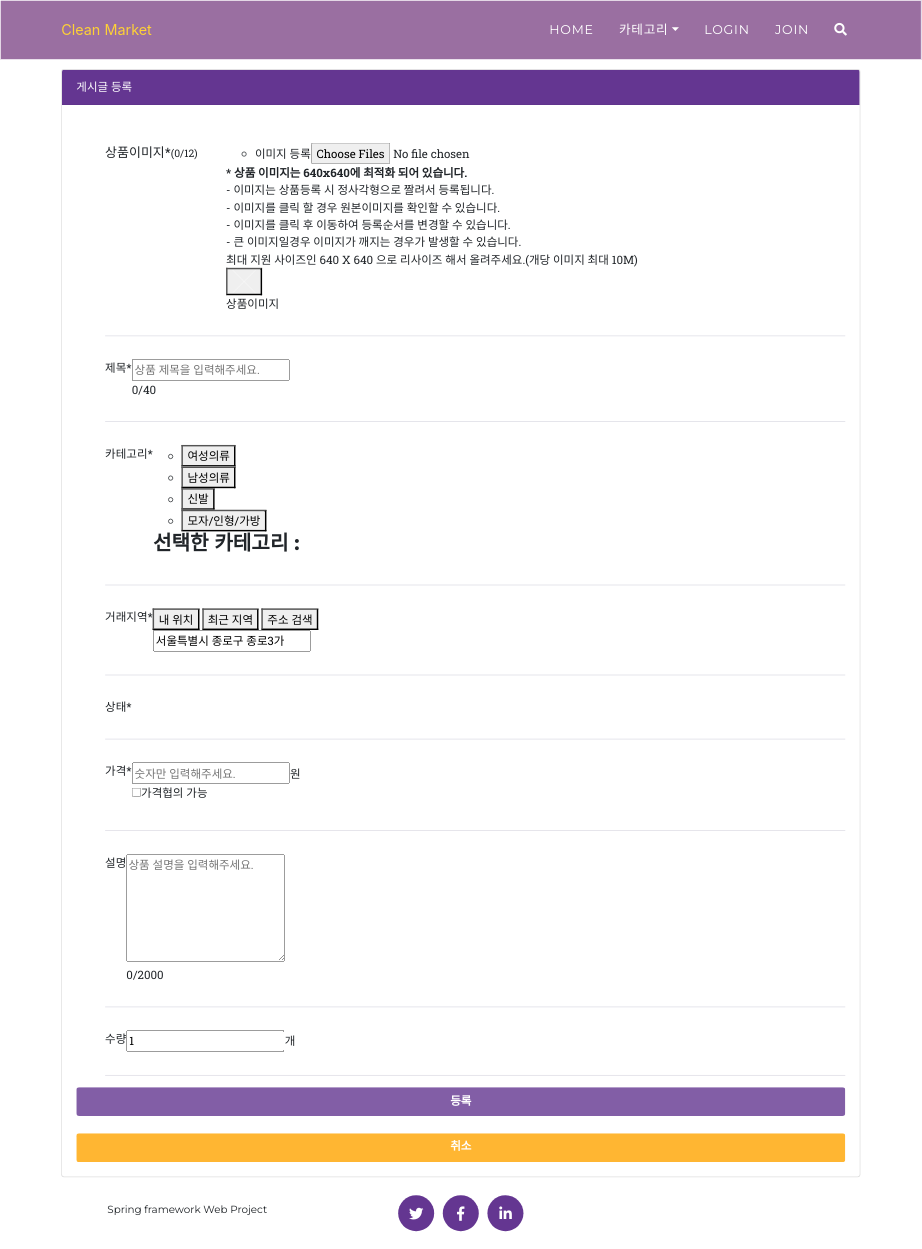
Repository: mim-mim-ji/Cleanmarket_web
Page: http://localhost/CleanMarket/WEB-INF/views/item/write.jsp
An editor plug-in stored every save of this project. The page is shown before and after the next save, followed by the edit.
The browser window is 1280 px wide. The pictures show the whole page, at 72% of full size.
Some web fonts or font styles are not loaded; a fallback is used. The page is served by Tomcat 9. Nobody is signed in. Other server files are loaded and not shown. The template is opened directly, without the code that normally fills it, so the values that code supplies are empty.

Above is the page before, as saved 2021-03-21 01:57:04.

### CleanMarket/src/main/webapp/WEB-INF/views/item/write.jsp
<%@ page language="java" contentType="text/html; charset=UTF-8"
	pageEncoding="UTF-8"%>
<%@ taglib prefix="c" uri="http://java.sun.com/jsp/jstl/core"%>
<%@ taglib prefix="fmt" uri="http://java.sun.com/jsp/jstl/fmt"%>
<jsp:include page="../include/header.jsp" />

<style>
header.masthead {
	display: none;
}

.bphXry {
	width: 100%;
	display: flex;
	padding: 2rem 0px;
	border-bottom: 1px solid rgb(220, 219, 228);
}

.bBKMEo {
    width: 10.5rem;
    font-size: 18px;
}
</style>
<br>
<br>

<div class="container">
	<div class="row">
		<div class="col-lg-12">
			<div class="card">
				<div class="card-header text-white"
					style="background-color: #643691;">게시글 등록</div>
				<div class="card-body">

					<form role="form" method="post">
						<ul class="form-group">
							<li class="sc-gxbSSY bphXry">
								<div class="sc-bXopBW bBKMEo">
									상품이미지<span>*</span><small>(0/12)</small>
								</div>
								<div class="sc-hhaNoI buTCOV">
									<ul class="sc-gKLXLV KuQhq">
										<li class="sc-bvCTgw erFeQZ">이미지 등록<input type="file"
											accept="image/jpg, image/jpeg, image/png" multiple=""></li>

									</ul>
									<div class="sc-fjdPjP iozzGC">
										<b>* 상품 이미지는 640x640에 최적화 되어 있습니다.</b><br>- 이미지는 상품등록 시
										정사각형으로 짤려서 등록됩니다.<br>- 이미지를 클릭 할 경우 원본이미지를 확인할 수 있습니다.<br>-
										이미지를 클릭 후 이동하여 등록순서를 변경할 수 있습니다.<br>- 큰 이미지일경우 이미지가 깨지는
										경우가 발생할 수 있습니다.<br>최대 지원 사이즈인 640 X 640 으로 리사이즈 해서
										올려주세요.(개당 이미지 최대 10M)
									</div>
									<div class="sc-cIShpX RfNBn">
										<div class="sc-kAKrxA YsblG">
											<button type="button" class="sc-lhLRcH fHQqnG">
												<img
													src="data:[embedded picture, 982 characters]"
													width="34" height="32" alt="닫기 버튼 아이콘">
											</button>
											<div class="sc-jMtzgO hudRNW">
												<div class="sc-ccvjgv bGmXLy">상품이미지</div>
												<div class="sc-ccbnFN fgfXKY"></div>
												<div class="sc-hSmEHG iwDjAi"></div>
											</div>
										</div>
									</div>
								</div>
							</li>
							<li class="sc-gxbSSY bphXry"><div class="sc-bXopBW gxnpCB">
									제목<span>*</span>
								</div>
								<div class="sc-hhaNoI buTCOV">
									<div class="sc-hokXgN hcrSpf">
										<div class="sc-gneEKw dBgbVT">
											<input type="text" placeholder="상품 제목을 입력해주세요."
												class="sc-fxmata iPXQwc" value="">
										</div>
										<div class="sc-boCWhm hBajsm">0/40</div>
									</div>
								</div></li>
							<li class="sc-gxbSSY bphXry"><div class="sc-bXopBW DTAYM">
									카테고리<span>*</span>
								</div>
								<div class="sc-hhaNoI buTCOV">
									<div class="sc-hXhGGG XXBMH">
										<div class="sc-hTQSVH fXYJYf">
											<ul class="sc-dWcDbm hRPYLZ">
												<li class="sc-esExBO bmEHfy"><button type="button"
														class="sc-ctwKVn dPmldx">여성의류</button></li>
												<li class="sc-esExBO bmEHfy"><button type="button"
														class="sc-ctwKVn dPmldx">남성의류</button></li>
												<li class="sc-esExBO bmEHfy"><button type="button"
														class="sc-ctwKVn dPmldx">신발</button></li>
												<li class="sc-esExBO bmEHfy"><button type="button"
														class="sc-ctwKVn dPmldx">모자/인형/가방</button></li>
											</ul>
										</div>
									</div>
									<h3 class="sc-csZoYU ljyWET">
										선택한 카테고리 : <b></b>
									</h3>
								</div></li>
							<li class="sc-gxbSSY bphXry"><div class="sc-bXopBW gxnpCB">
									거래지역<span>*</span>
								</div>
								<div class="sc-hhaNoI buTCOV">
									<div class="sc-cIsjWt etcNyM">
										<button type="button" class="sc-hQfrgq hHQBYf">내 위치</button>
										<button type="button" class="sc-hQfrgq hHQBYf">최근 지역</button>
										<button type="button" class="sc-hQfrgq hHQBYf">주소 검색</button>
									</div>
									<input readonly="" placeholder="선호 거래 지역을 검색해주세요."
										class="sc-OnmeF jNsyep" value="서울특별시 종로구 종로3가">
								</div></li>
							<li class="sc-gxbSSY bphXry"><div class="sc-bXopBW drMtcr">
									상태<span>*</span>
								</div>
							<li class="sc-gxbSSY bphXry"><div class="sc-bXopBW gxnpCB">
									가격<span>*</span>
								</div>
								<div class="sc-hhaNoI buTCOV">
									<div class="sc-fxMfqs hGKuJO">
										<input type="text" placeholder="숫자만 입력해주세요."
											class="sc-rzOft lfkNaQ" value="">원
									</div>
									<div class="sc-eIvgmF fxEngV">
										<div class="sc-jklikK htQzEY">
											<label for="contactHope" class="sc-bkypNX gHNpNK"><input
												id="contactHope" type="checkbox">가격협의 가능</label>
										</div>
									</div>
								</div></li>
							<li class="sc-gxbSSY bphXry"><div class="sc-bXopBW edUXQu">설명</div>
								<div class="sc-hhaNoI buTCOV">
									<textarea placeholder="상품 설명을 입력해주세요." rows="6"
										class="sc-izfUZz eEjZnV"></textarea>
									<div class="sc-eqGige gTqRab">
										<div class="sc-kUQWMX giYAKW">0/2000</div>
									</div>
								</div></li>

							<li class="sc-gxbSSY bphXry"><div class="sc-bXopBW drMtcr">수량</div>
								<div class="sc-hhaNoI buTCOV">
									<div class="sc-bCQtTp iMJgK">
										<input type="text" class="sc-dcmekm efHtaL" value="1">개
									</div>
								</div></li>
						</ul>
						<input type="submit" value="등록" class="btn form-control"
							style="background-color: #643691; margin-top: 0; height: 40px; color: white; border: 0px solid #f78f24; opacity: 0.8">
						&nbsp;&nbsp; <a class="btn form-control"
							href="<c:url value='/board/list'/>"
							style="cursor: pointer; margin-top: 0; height: 40px; color: white; background-color: orange; border: 0px solid #388E3C; opacity: 0.8">취소</a>
					</form>
				</div>
			</div>
		</div>
	</div>
</div>
<jsp:include page="../include/footer.jsp" />

### CleanMarket/src/main/webapp/WEB-INF/views/include/header.jsp
<%@ page language="java" contentType="text/html; charset=UTF-8"
	pageEncoding="UTF-8"%>
<%@ taglib prefix="c" uri="http://java.sun.com/jsp/jstl/core"%>
<!DOCTYPE html>
<html lang="ko">
<head>

<meta charset="UTF-8">
<meta content="width=device-width, initial-scale=1.0" name="viewport">
<meta content="" name="description">
<meta content="" name="keywords">

<title>CleanMarket</title>


<!-- Bootstrap core CSS -->
  <link rel="stylesheet" href="<c:url value='/vendor/bootstrap/css/bootstrap.min.css'/>">

  <!-- Custom fonts for this template -->
  <link rel="stylesheet" type="text/css" href="<c:url value='/vendor/fontawesome-free/css/all.min.css'/>" >
  <link href="https://fonts.googleapis.com/css?family=Montserrat:400,700" rel="stylesheet" type="text/css">
  <link href='https://fonts.googleapis.com/css?family=Kaushan+Script' rel='stylesheet' type='text/css'>
  <link href='https://fonts.googleapis.com/css?family=Droid+Serif:400,700,400italic,700italic' rel='stylesheet' type='text/css'>
  <link href='https://fonts.googleapis.com/css?family=Roboto+Slab:400,100,300,700' rel='stylesheet' type='text/css'>

  <!-- Custom styles for this template -->
  <link rel="stylesheet" href="<c:url value='/css/agency.min.css'/>" >

  <!-- Bootstrap core JavaScript -->
  <script src="<c:url value='/vendor/jquery/jquery.min.js'/>"></script>
  <script src="<c:url value='/vendor/bootstrap/js/bootstrap.bundle.min.js'/>"></script>


  <!-- Plugin JavaScript -->
  <script src="<c:url value='/vendor/jquery-easing/jquery.easing.min.js'/>"></script>
  <script type="text/javascript" src="https://cdn.jsdelivr.net/jquery.validation/1.16.0/jquery.validate.min.js"></script>

  <!-- Contact form JavaScript -->
  <script src="<c:url value='/js/jqBootstrapValidation.js'/>"></script>

</head>

<body id="page-top">


	<!-- Navigation -->
  <nav class="navbar navbar-expand-lg navbar-light fixed-top" id="mainNav">
    <div class="container">
      <a class="navbar-brand" href="/cleanmarket">
      	Clean Market
      </a>
      <button class="navbar-toggler navbar-toggler-right" type="button" data-toggle="collapse" data-target="#navbarResponsive">
        메뉴
        <i class="fas fa-bars"></i>
      </button>

      <div class="collapse navbar-collapse" id="navbarResponsive">
        <ul class="navbar-nav text-uppercase ml-auto">
          <li class="nav-item">
            <a class="nav-link js-scroll-trigger" href="/cleanmarket">HOME</a>
          </li>

          <li class="nav-item dropdown">
            <a class="nav-link js-scroll-trigger dropdown-toggle"  data-toggle="dropdown">카테고리</a>
            <div class="dropdown-menu" id="category-select">
		        <input type="button"  name="category" value="여성의류" class="dropdown-item dropdown-toggle" data-toggle="dropdown">

		        <input type="button"  name="category" value="남성의류" class="dropdown-item dropdown-toggle" data-toggle="dropdown">

		        <input type="button"  name="category" value="신발" class="dropdown-item dropdown-toggle" data-toggle="dropdown">

		        <input type="button"  name="category" value="모자/인형/가방" class="dropdown-item dropdown-toggle" data-toggle="dropdown">

		    </div>
          </li>
          <c:if test="${login == null}" >
          	<li class="nav-item">
            	<a class="nav-link js-scroll-trigger" href="<c:url value='/login' />">LOGIN</a>
         	</li>
          </c:if>
          <c:if test="${login == null}" >
          	<li class="nav-item">
            	<a class="nav-link js-scroll-trigger" href="<c:url value='/join_type_select' />">JOIN</a>
          	</li>
          </c:if>
          <c:if test="${login != null}" >
	          <li class="nav-item">
	            <a class="nav-link js-scroll-trigger" href="<c:url value='/mypage'/>">MYPAGE</a>
	          </li>
	          <li class="nav-item">
	            <a class="nav-link js-scroll-trigger" href="/cleanmarket/logout" onclick="return confirm('로그아웃 하시겠습니까?')">LOGOUT</a>
	          </li>
	          <li class="nav-item">
	            <a class="nav-link js-scroll-trigger" href="#">NOTICE</a>
	          </li>
	          <li class="nav-item">
          </c:if>
          <li class="nav-item">
            <a class="nav-link js-scroll-trigger" data-toggle="modal" data-target="#search"><i class="fas fa-search"></i></a>
          </li>

        </ul>
      </div>
    </div>
  </nav><br><br>

  <script>
  		$(function() {

  			//카테고리 버튼 눌렀을 때 처리
  			$("#category-select .dropdown-toggle").click(function() {
  				let category = $(this).val();
  				location.href="/cleanmarket/item/category?category=" + category;
  			});
		})

  </script>

  <%@ include file="../include/search_modal.jsp" %>

### CleanMarket/src/main/webapp/WEB-INF/views/include/search_modal.jsp
<%@ page language="java" contentType="text/html; charset=UTF-8"
	pageEncoding="UTF-8"%>
<%@ taglib prefix="c" uri="http://java.sun.com/jsp/jstl/core"%>
<%@ taglib prefix="fmt" uri="http://java.sun.com/jsp/jstl/fmt"%>

<!-- 검색 Modal-->
<div class="modal fade" id="search">
	<div class="modal-dialog">
		<div class="modal-content" >
			<form action="<c:url value='/search' />">
				<input type="text" name="keyword" placeholder="검색어를 입력하세요"
				style="width: 90%; padding-left: 10px; height: 50px"> &nbsp;
				<button type="submit" style="background: transparent; border: none">
					<i class="fas fa-search" id="search-btn" style="height: 30px; color: green; "></i>
				</button>
			</form>
		</div>
	</div>
</div>

### CleanMarket/src/main/webapp/WEB-INF/views/include/footer.jsp
<%@ page language="java" contentType="text/html; charset=UTF-8"
	pageEncoding="UTF-8"%>
<!-- Footer -->
  <footer>
    <div class="container">
      <div class="row">
        <div class="col-md-4">
          <span class="copyright">Spring framework Web Project</span>
        </div>
        <div class="col-md-4">
          <ul class="list-inline social-buttons">
            <li class="list-inline-item">
              <a href="#" style="background-color: #643691;">
                <i class="fab fa-twitter"></i>
              </a>
            </li>
            <li class="list-inline-item">
              <a href="#" style="background-color: #643691;">
                <i class="fab fa-facebook-f"></i>
              </a>
            </li>
            <li class="list-inline-item">
              <a href="#" style="background-color: #643691;">
                <i class="fab fa-linkedin-in"></i>
              </a>
            </li>
          </ul>
        </div>
      </div>
    </div>
  </footer>

<a href="#" class="back-to-top"><i class="icofont-simple-up"></i></a>

</body>
</html>

Loaded but not shown: CleanMarket/src/main/webapp/resources/css/agency.min.css (library); CleanMarket/src/main/webapp/resources/js/jqBootstrapValidation.js (937 lines, source omitted)

After the next save:
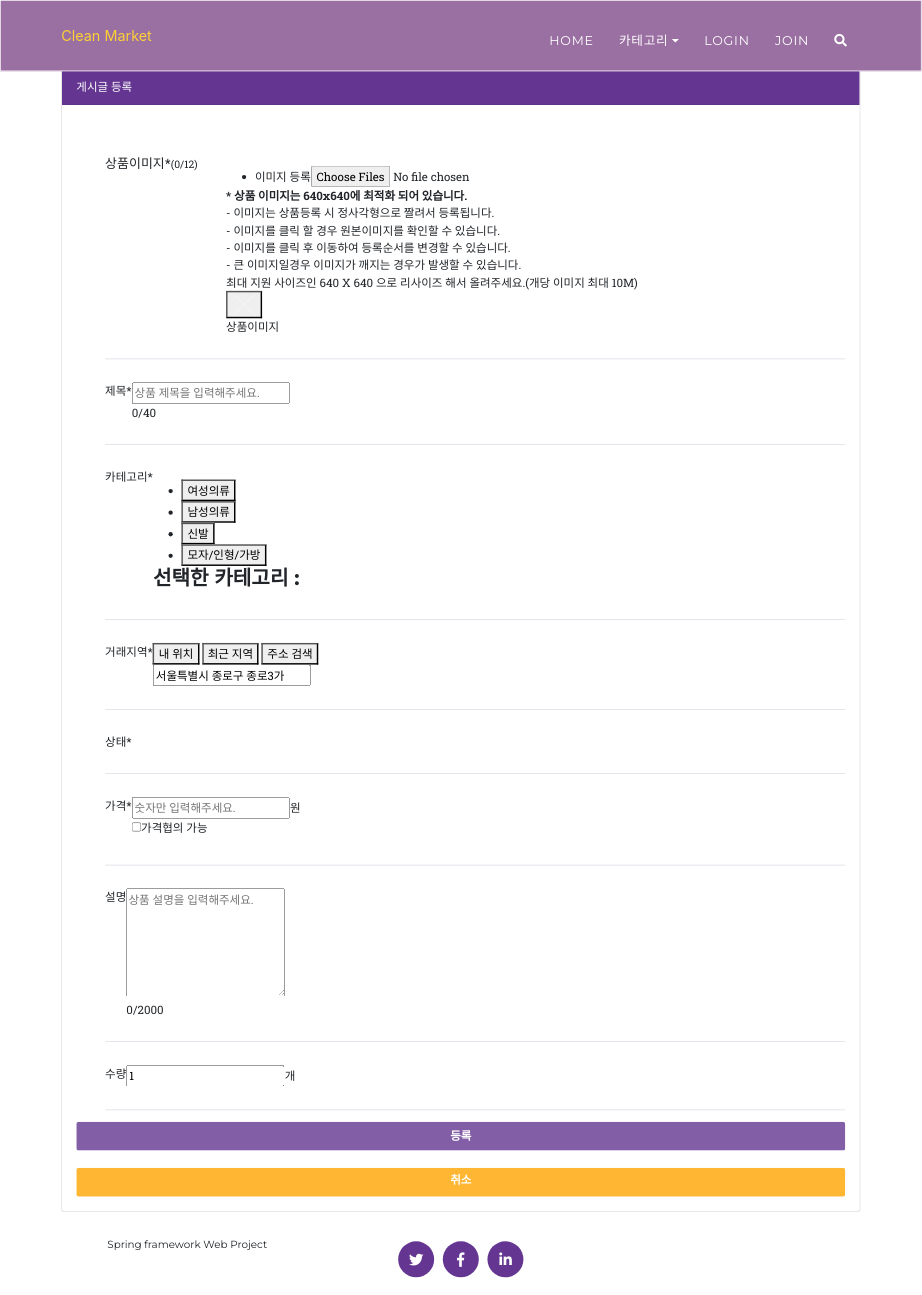
Saved 86 s later.
--- a/CleanMarket/src/main/webapp/WEB-INF/views/item/write.jsp
+++ b/CleanMarket/src/main/webapp/WEB-INF/views/item/write.jsp
@@ -7,6 +7,16 @@
 <style>
 header.masthead {
 	display: none;
+}
+
+ul {
+    display: block;
+    list-style-type: disc;
+    margin-block-start: 1em;
+    margin-block-end: 1em;
+    margin-inline-start: 0px;
+    margin-inline-end: 0px;
+    padding-inline-start: 40px;
 }
 
 .bphXry {
